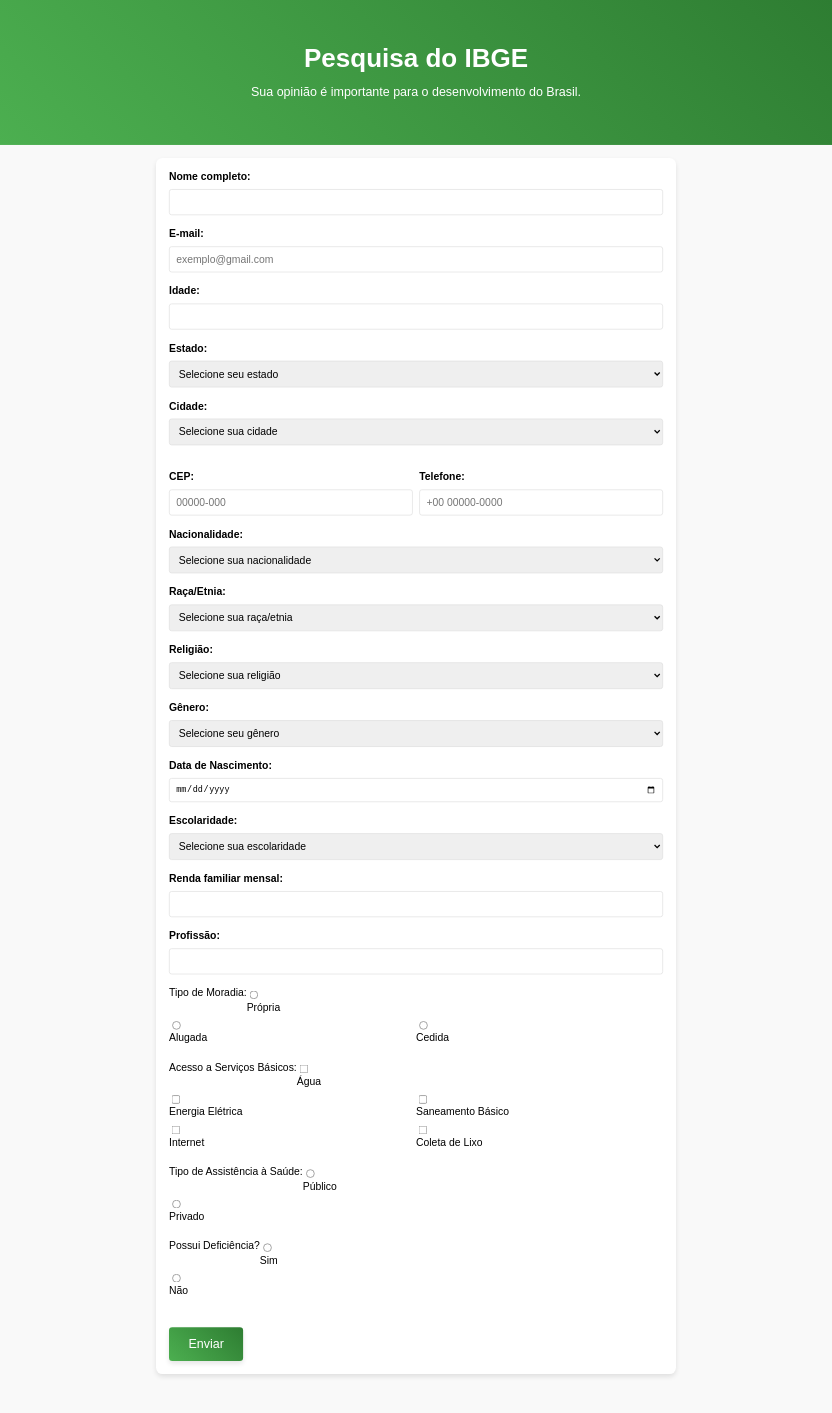
Repository: Gabrielb0rn/Projeto-Formul-rio.io
Page: index.html
An editor plug-in stored every save of this project. The page is shown before and after a run of saves, followed by the edit.
The browser window is 1280 px wide. The pictures show the whole page, at 65% of full size.

Above is the page before, as saved 2024-07-01 08:51:20.

### index.html
<!DOCTYPE html>
<html lang="pt-BR">
<head>
    <meta charset="UTF-8">
    <meta name="viewport" content="width=device-width, initial-scale=1.0">
    <title>Pesquisa do IBGE</title>
    <link rel="stylesheet" href="assets/style.css">
</head>
<body>
    <header>
        <div class="container">
            <h1>Pesquisa do IBGE</h1>
            <p>Sua opinião é importante para o desenvolvimento do Brasil.</p>
        </div>
    </header>
    <main>
        <div class="container">
            <form id="form">
                <div class="form-group">
                    <label for="nome">Nome completo:</label>
                    <input type="text" id="nome" name="nome" required>
                </div>
                <div class="form-group">
                    <label for="email">E-mail:</label>
                    <input type="email" id="email" name="email" required placeholder="exemplo@gmail.com">
                </div>
                <div class="form-group">
                    <label for="idade">Idade:</label>
                    <input type="number" id="idade" name="idade" required>
                </div>
                <div class="form-group">
                    <label for="estado">Estado:</label>
                    <select id="estado" name="estado" required>
                        <option value="">Selecione seu estado</option>
                        <option value="AC">Acre</option>
                        <option value="AL">Alagoas</option>
                        <option value="AP">Amapá</option>
                        <option value="AM">Amazonas</option>
                        <option value="BA">Bahia</option>
                        <option value="CE">Ceará</option>
                        <option value="DF">Distrito Federal</option>
                        <option value="ES">Espírito Santo</option>
                        <option value="GO">Goiás</option>
                        <option value="MA">Maranhão</option>
                        <option value="MG">Minas Gerais</option>
                        <option value="MS">Mato Grosso do Sul</option>
                        <option value="MT">Mato Grosso</option>
                        <option value="PA">Pará</option>
                        <option value="PB">Paraíba</option>
                        <option value="PE">Pernambuco</option>
                        <option value="PI">Piauí</option>
                        <option value="PR">Paraná</option>
                        <option value="RJ">Rio de Janeiro</option>
                        <option value="RN">Rio Grande do Norte</option>
                        <option value="RO">Rondônia</option>
                        <option value="RR">Roraima</option>
                        <option value="RS">Rio Grande do Sul</option>
                        <option value="SC">Santa Catarina</option>
                        <option value="SE">Sergipe</option>
                        <option value="SP">São Paulo</option>
                        <option value="TO">Tocantins</option>
                    </select>
                </div>
                <div class="form-group inline-group">
                    <div class="form-group">
                        <label for="cidade">Cidade:</label>
                        <select id="cidade" name="cidade" required>
                            <option value="">Selecione sua cidade</option>
                        </select>
                    </div>
                </div>
                <div class="form-group inline-group">
                    <div>
                        <label for="cep">CEP:</label>
                        <input type="text" id="cep" name="cep" required placeholder="00000-000">
                    </div>
                    <div>
                        <label for="telefone">Telefone:</label>
                        <input type="tel" id="telefone" name="telefone" required placeholder="+00 00000-0000">
                    </div>
                </div>
                <div class="form-group">
                    <label for="nacionalidade">Nacionalidade:</label>
                    <select id="nacionalidade" name="nacionalidade" required>
                        <option value="">Selecione sua nacionalidade</option>
                        <option value="Brasileiro">Brasileiro</option>
                        <option value="Estrangeiro">Estrangeiro</option>
                    </select>
                </div>
                <div class="form-group">
                    <label for="raca">Raça/Etnia:</label>
                    <select id="raca" name="raca" required>
                        <option value="">Selecione sua raça/etnia</option>
                        <option value="Branca"></option>
                        <option value="Preta"></option>
                        <option value="Parda"></option>
                        <option value="Amarela"></option>
                        <option value="Indígena"></option>
                        <option value="Alien"></option>
                    </select>
                </div>
                <div class="form-group">
                    <label for="religiao">Religião:</label>
                    <select id="religiao" name="religiao" required>
                        <option value="">Selecione sua religião</option>
                        <option value="Católica"></option>
                        <option value="Evangélica"></option>
                        <option value="Espírita"></option>
                        <option value="Outras"></option>
                    </select>
                </div>
                <div class="form-group">
                    <label for="genero">Gênero:</label>
                    <select id="genero" name="genero" required>
                        <option value="">Selecione seu gênero</option>
                        <option value="Masculino">Masculino</option>
                        <option value="Feminino">Feminino</option>
                        <option value="Outro">Outro</option>
                    </select>
                </div>
                <div class="form-group">
                    <label for="data_nascimento">Data de Nascimento:</label>
                    <input type="date" id="data_nascimento" name="data_nascimento" required>
                </div>
                <div class="form-group">
                    <label for="escolaridade">Escolaridade:</label>
                    <select id="escolaridade" name="escolaridade" required>
                        <option value="">Selecione sua escolaridade</option>
                        <option value="Ensino Fundamental Incompleto">Ensino Fundamental Incompleto</option>
                        <option value="Ensino Fundamental Completo">Ensino Fundamental Completo</option>
                        <option value="Ensino Médio Incompleto">Ensino Médio Incompleto</option>
                        <option value="Ensino Médio Completo">Ensino Médio Completo</option>
                        <option value="Superior Incompleto">Superior Incompleto</option>
                        <option value="Superior Completo">Superior Completo</option>
                        <option value="Pós-Graduação">Pós-Graduação</option>
                    </select>
                </div>
                <div class="form-group">
                    <label for="renda">Renda familiar mensal:</label>
                    <input type="number" id="renda" name="renda" required>
                </div>
                <div class="form-group">
                    <label for="profissao">Profissão:</label>
                    <input type="text" id="profissao" name="profissao">
                </div>
                <div class="form-group radio-group">
                    <label>Tipo de Moradia:</label>
                    <div>
                        <input type="radio" id="propria" name="moradia" value="propria">
                        <label for="propria">Própria</label>
                    </div>
                    <div>
                        <input type="radio" id="alugada" name="moradia" value="alugada">
                        <label for="alugada">Alugada</label>
                    </div>
                    <div>
                        <input type="radio" id="cedida" name="moradia" value="cedida">
                        <label for="cedida">Cedida</label>
                    </div>
                </div>
                <div class="form-group checkbox-group">
                    <label>Acesso a Serviços Básicos:</label>
                    <div>
                        <input type="checkbox" id="agua" name="servicos" value="agua">
                        <label for="agua">Água</label>
                    </div>
                    <div>
                        <input type="checkbox" id="energia" name="servicos" value="energia">
                        <label for="energia">Energia Elétrica</label>
                    </div>
                    <div>
                        <input type="checkbox" id="saneamento" name="servicos" value="saneamento">
                        <label for="saneamento">Saneamento Básico</label>
                    </div>
                    <div>
                        <input type="checkbox" id="internet" name="servicos" value="internet">
                        <label for="internet">Internet</label>
                    </div>
                    <div>
                        <input type="checkbox" id="coleta" name="servicos" value="coleta">
                        <label for="coleta">Coleta de Lixo</label>
                    </div>
                </div>
                <div class="form-group radio-group">
                    <label>Tipo de Assistência à Saúde:</label>
                    <div>
                        <input type="radio" id="publico" name="saude" value="publico">
                        <label for="publico">Público</label>
                    </div>
                    <div>
                        <input type="radio" id="privado" name="saude" value="privado">
                        <label for="privado">Privado</label>
                    </div>
                </div>
                <div class="form-group radio-group">
                    <label>Possui Deficiência?</label>
                    <div>
                        <input type="radio" id="sim" name="deficiencia" value="sim">
                        <label for="sim">Sim</label>
                    </div>
                    <div>
                        <input type="radio" id="nao" name="deficiencia" value="nao">
                        <label for="nao">Não</label>
                    </div>
                </div>
                <button type="submit" class="btn">Enviar</button>
            </form>
        </div>
    </main>
    <script src="assets\scripts.js"></script>
</body>
</html>

### assets/style.css
/* Estilos Globais */
body {
    font-family: 'Arial', sans-serif;
    margin: 0;
    padding: 0;
    background-color: #f9f9f9;
}

header {
    background: linear-gradient(45deg, #4CAF50, #2E7D32);
    color: white;
    padding: 20px 0;
    text-align: center;
}

.container {
    width: 90%;
    max-width: 800px;
    margin: 0 auto;
    padding: 20px;
}

/* Estilos de Texto */
h1 {
    font-size: 2.5em;
    margin-bottom: 10px;
}

p {
    font-size: 1.2em;
    margin-bottom: 30px;
}

/* Estilos do Formulário */
form {
    background-color: white;
    padding: 20px;
    border-radius: 10px;
    box-shadow: 0 4px 8px rgba(0, 0, 0, 0.1);
    margin-bottom: 40px;
}

.form-group {
    margin-bottom: 20px;
}

label {
    display: block;
    margin-bottom: 5px;
    font-weight: bold;
}

input, select {
    width: 100%;
    padding: 10px;
    border: 1px solid #ddd;
    border-radius: 4px;
    box-sizing: border-box;
    font-size: 1em;
    margin-top: 5px;
}

input[type="radio"], input[type="checkbox"] {
    width: auto;
    margin-right: 10px;
}

input[type="date"] {
    padding: 9px;
}

button {
    background: linear-gradient(45deg, #4CAF50, #2E7D32);
    color: white;
    border: none;
    padding: 15px 30px;
    text-align: center;
    cursor: pointer;
    border-radius: 5px;
    font-size: 1.2em;
    margin-top: 20px;
    transition: background 0.3s ease, transform 0.2s ease;
    box-shadow: 0 4px 8px rgba(0, 0, 0, 0.1);
}

button:hover {
    background: linear-gradient(45deg, #45a049, #388E3C);
    transform: translateY(-2px);
}

/* Estilos Responsivos */
@media (max-width: 600px) {
    h1 {
        font-size: 2em;
    }

    p {
        font-size: 1em;
    }

    form {
        padding: 15px;
    }

    button {
        width: 100%;
        padding: 15px;
    }
}

/* Estilos de Grupo de Inputs */
.form-group.inline-group {
    display: flex;
    flex-wrap: wrap;
    justify-content: space-between;
}

.form-group.inline-group > div {
    flex: 1;
    min-width: 45%;
}

.form-group.inline-group > div:not(:last-child) {
    margin-right: 10px;
}

/* Estilos de Serviços Básicos e Tipo de Moradia */
.form-group.checkbox-group, .form-group.radio-group {
    display: flex;
    flex-wrap: wrap;
}

.form-group.checkbox-group > div, .form-group.radio-group > div {
    flex: 2;
    min-width: 45%;
    margin-bottom: 2px;
}

.form-group.checkbox-group label, .form-group.radio-group label {
    font-weight: normal;
}

### assets/scripts.js
document.addEventListener('DOMContentLoaded', function() {
    const estadoSelect = document.getElementById('estado');
    const cidadeSelect = document.getElementById('cidade');

    const cidadesPorEstado = {
        "AC": ["Rio Branco", "Cruzeiro do Sul", "Sena Madureira"],
        "AL": ["Maceió", "Arapiraca", "Palmeira dos Índios"],
        "AP": ["Macapá", "Santana", "Laranjal do Jari"],
        "AM": ["Manaus", "Parintins", "Itacoatiara"],
        "BA": ["Salvador", "Feira de Santana", "Vitória da Conquista"],
        "CE": ["Fortaleza", "Caucaia", "Juazeiro do Norte"],
        "DF": ["Brasília"],
        "ES": ["Vitória", "Vila Velha", "Serra"],
        "GO": ["Goiânia", "Aparecida de Goiânia", "Anápolis"],
        "MA": ["São Luís", "Imperatriz", "Timon"],
        "MG": ["Belo Horizonte", "Uberlândia", "Contagem"],
        "MS": ["Campo Grande", "Dourados", "Três Lagoas"],
        "MT": ["Cuiabá", "Várzea Grande", "Rondonópolis"],
        "PA": ["Belém", "Ananindeua", "Santarém"],
        "PB": ["João Pessoa", "Campina Grande", "Santa Rita"],
        "PE": ["Recife", "Jaboatão dos Guararapes", "Olinda"],
        "PI": ["Teresina", "Parnaíba", "Picos"],
        "PR": ["Curitiba", "Londrina", "Maringá"],
        "RJ": ["Rio de Janeiro", "Niterói", "Duque de Caxias"],
        "RN": ["Natal", "Mossoró", "Parnamirim"],
        "RO": ["Porto Velho", "Ji-Paraná", "Ariquemes"],
        "RR": ["Boa Vista", "Rorainópolis", "Caracaraí"],
        "RS": ["Porto Alegre", "Caxias do Sul", "Pelotas"],
        "SC": ["Florianópolis", "Joinville", "Blumenau"],
        "SE": ["Aracaju", "Nossa Senhora do Socorro", "Lagarto"],
        "SP": ["São Paulo", "Campinas", "São Bernardo do Campo"],
        "TO": ["Palmas", "Araguaína", "Gurupi"]
    };

    estadoSelect.addEventListener('change', function() {
        const estadoSelecionado = estadoSelect.value;
        cidadeSelect.innerHTML = '<option value="">Selecione sua cidade</option>'; //Script para limpar as outras opc

        if (estadoSelecionado) {
            const cidades = cidadesPorEstado[estadoSelecionado];
            cidades.forEach(function(cidade) {
                const option = document.createElement('option');
                option.value = cidade;
                option.textContent = cidade;
                cidadeSelect.appendChild(option);
            });
        }
    });
});

After the next 2 saves:
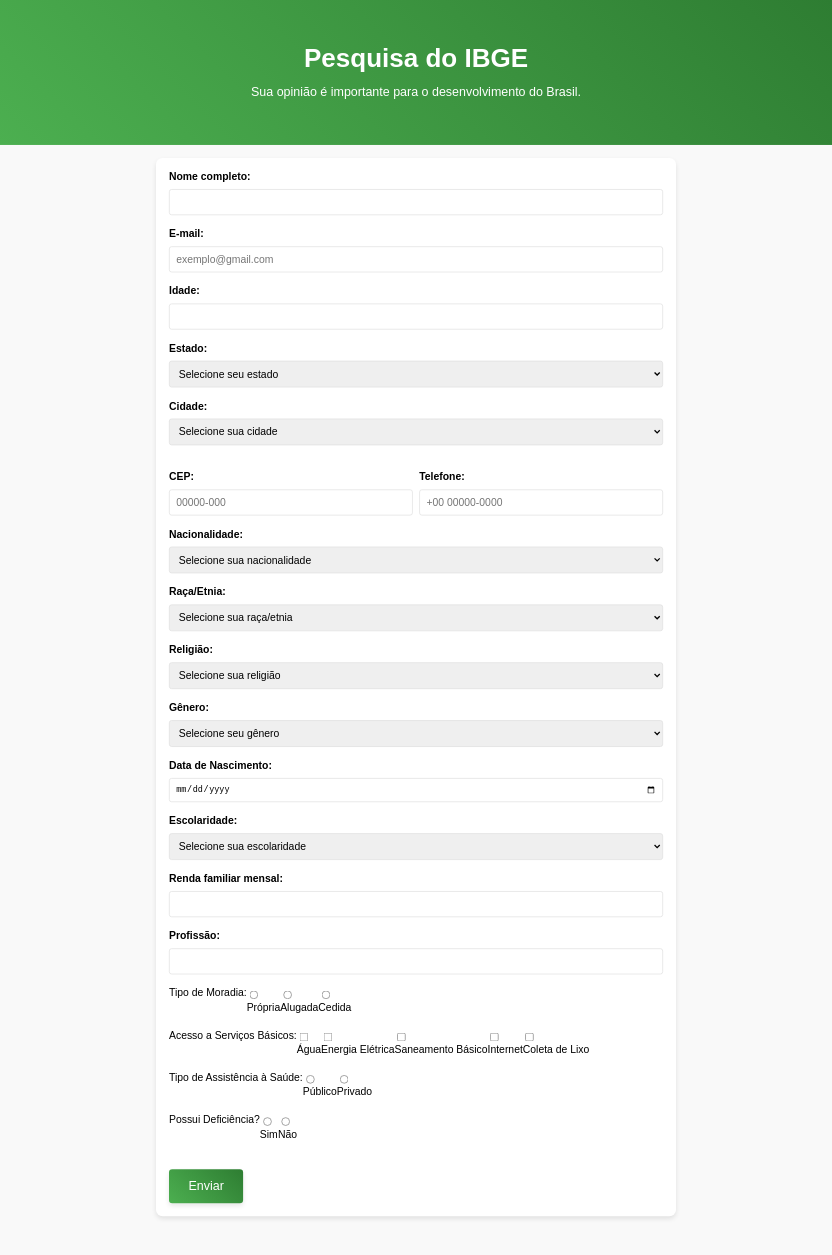
The 2 saves are shown as one change because they came seconds apart.
The last was saved 17 s later.
--- a/assets/style.css
+++ b/assets/style.css
@@ -131,9 +131,7 @@
 }
 
 .form-group.checkbox-group > div, .form-group.radio-group > div {
-    flex: 2;
-    min-width: 45%;
-    margin-bottom: 2px;
+
 }
 
 .form-group.checkbox-group label, .form-group.radio-group label {

After the save that followed:
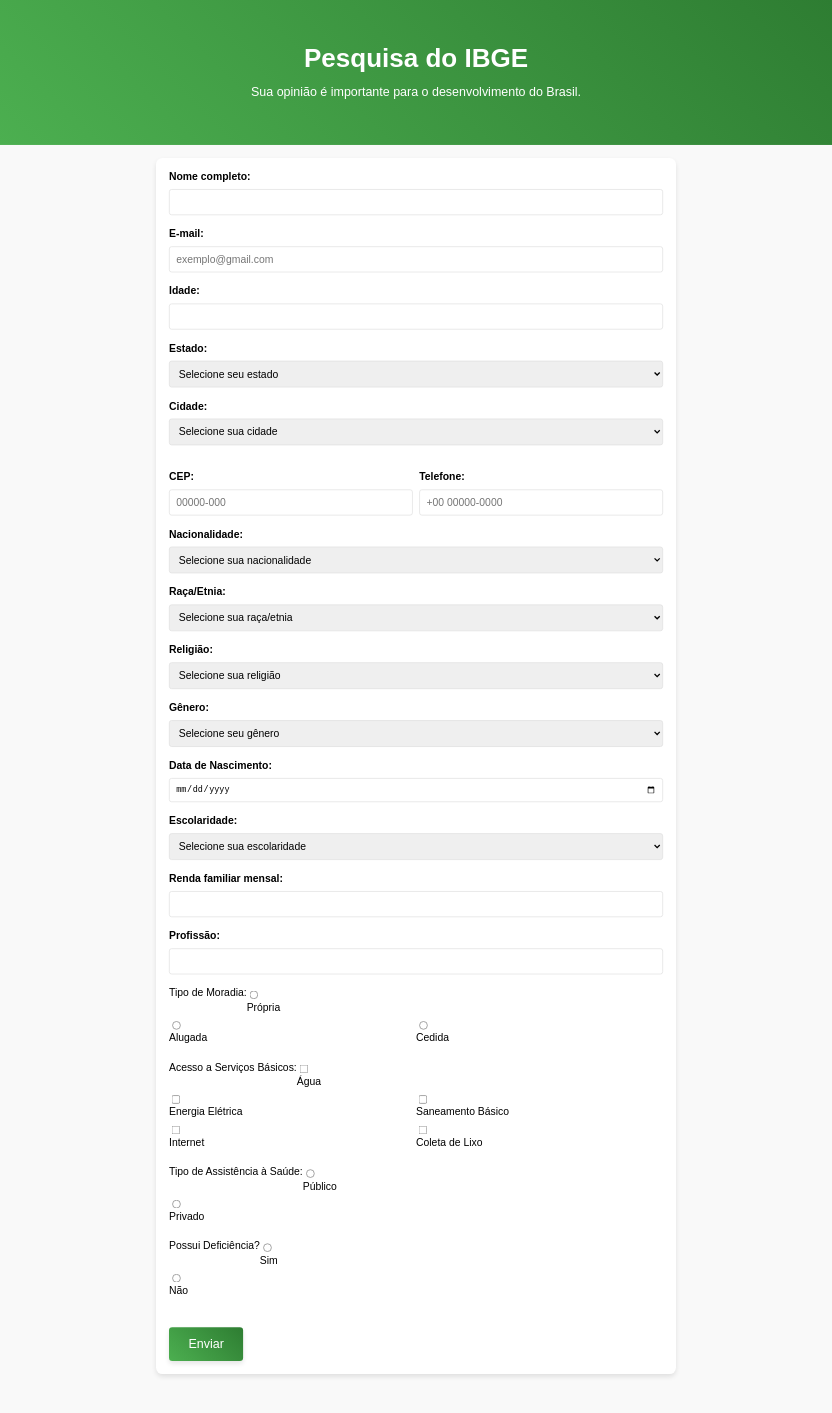
Saved 7 s later.
--- a/assets/style.css
+++ b/assets/style.css
@@ -131,7 +131,9 @@
 }
 
 .form-group.checkbox-group > div, .form-group.radio-group > div {
-
+    flex: 2;
+    min-width: 45%;
+    margin-bottom: 2px;
 }
 
 .form-group.checkbox-group label, .form-group.radio-group label {
